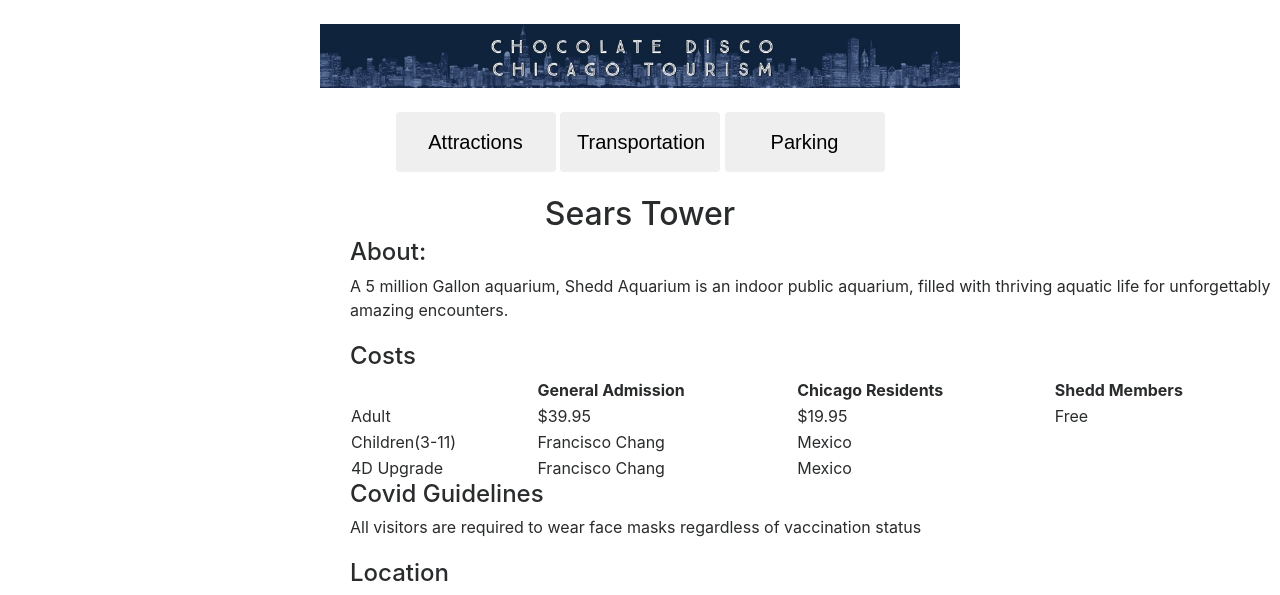
Repository: rkodit2/cs422project
Page: sheddAquarium.html
These files come from the project's save history. The page is drawn as it stood at one moment and after the next save; the edit follows.
The browser window is 1280 px wide. The pictures show the part of the page from y = 0 to 595 px (the page is 1095 px tall).
Pictures or frames that could not be fetched are drawn as grey boxes.

Above is the page before, as saved 2021-11-03 19:39:35.

After the next save:
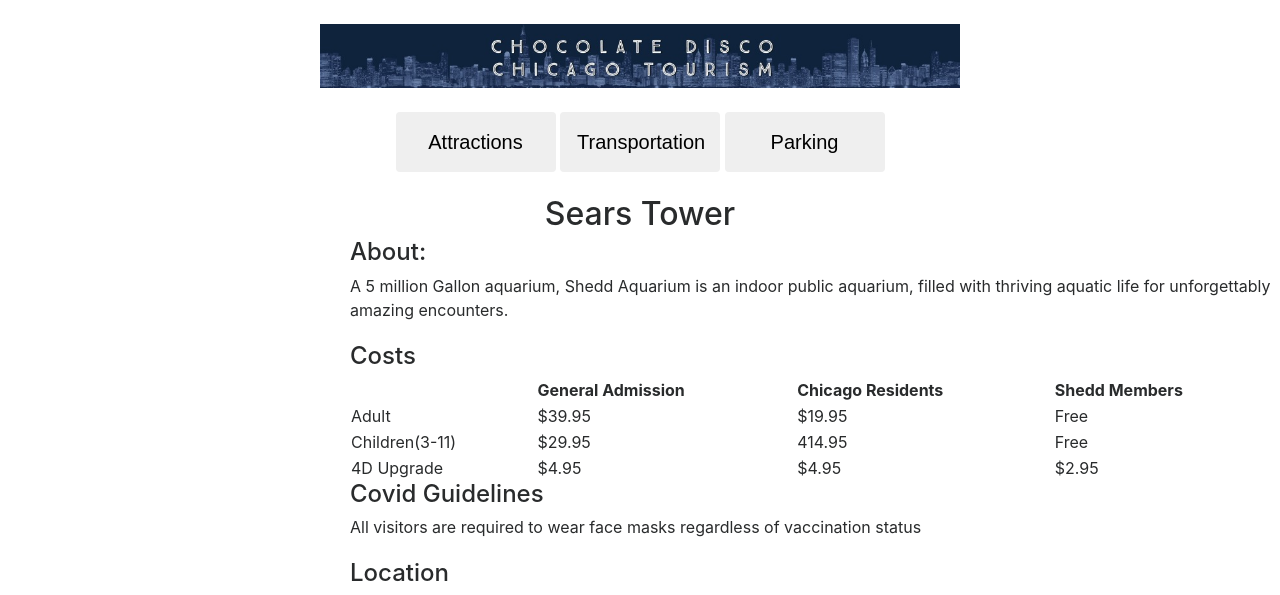
Saved 57 s later.
--- a/sheddAquarium.html
+++ b/sheddAquarium.html
@@ -43,13 +43,15 @@
             </tr>
             <tr>
               <td>Children(3-11)</td>
-              <td>Francisco Chang</td>
-              <td>Mexico</td>
+              <td>$29.95</td>
+              <td>414.95</td>
+              <td>Free</td>
             </tr>
             <tr>
                 <td>4D Upgrade</td>
-                <td>Francisco Chang</td>
-                <td>Mexico</td>
+                <td>$4.95</td>
+                <td>$4.95</td>
+                <td>$2.95</td>
               </tr>
           </table>
 
